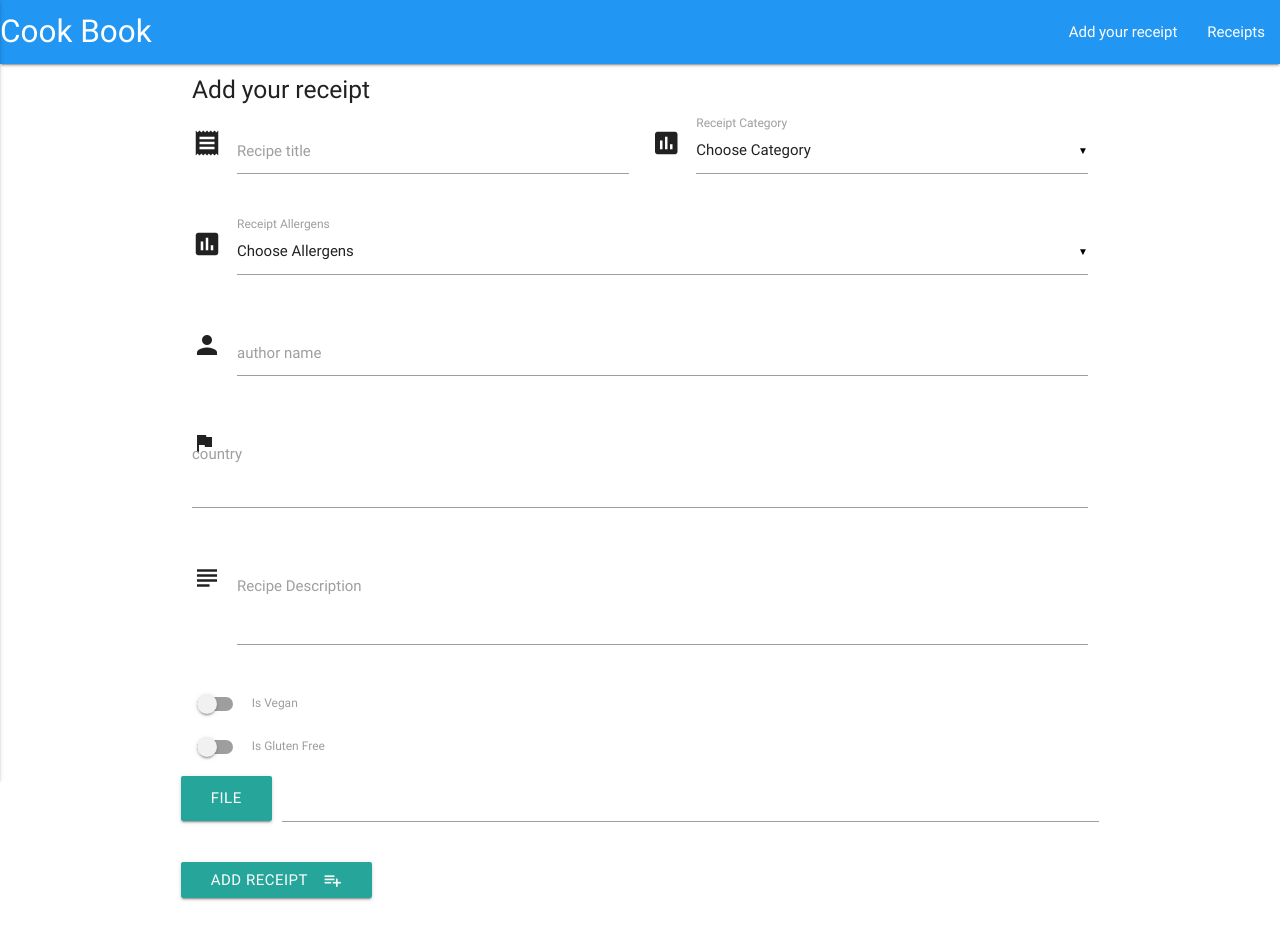
Repository: bbarbara19/cookbook
Page: http://localhost/add_receipt
The author's editor kept a record of every edit. The page is drawn from the files as they stood at one moment, then again after the next edit.
The browser window is 1280 px wide. The pictures show the whole page.
Some web libraries are served in a nearby version. The page is served by the project's application, run on Flask 3 (app.py). Queries for data that is not in the repository find no rows.

Above is the page before.

### templates/add_receipt.html
<!DOCTYPE html>
<html lang="en">
<head>
    <meta charset="UTF-8">
    <meta name="viewport" content="width=device-width, initial-scale=1.0">
    <meta http-equiv="X-UA-Compatible" content="ie=edge">
    <title>Cookbook</title>
    <!--Import Google Icon Font-->
    <link href="https://fonts.googleapis.com/icon?family=Material+Icons" rel="stylesheet">
    <!--Import materialize.css-->
    <link rel="stylesheet" href="https://cdnjs.cloudflare.com/ajax/libs/materialize/0.100.2/css/materialize.min.css">
    <!--Import Font Awesome -->
    <link rel="stylesheet" href="https://cdnjs.cloudflare.com/ajax/libs/font-awesome/4.7.0/css/font-awesome.min.css">
</head>
<body>
<!------header-------->
  <header class="navbar-fixed">
      <nav class="blue">
        <div class="nav-wrapper">
          <a href="#" class="brand-logo">Cook Book</a>
          <a href="#" data-activates="mobile-demo" class="button-collapse"><i class="material-icons">menu</i></a>
            <ul class="right hide-on-med-and-down">
              <li><a href="#">Add your receipt</a></li>
              <li><a href="#">Receipts</a></li>
            </ul>
            <ul class="side-nav" id="mobile-demo">
              <li><a href="#">Add your receipt</a></li>
              <li><a href="#">Receipts</a></li>
            </ul>
        </div>
      </nav>
  </header>
<!------/header-------->

<!------form add your receipt-------->
<section class="container">
    <h5>Add your receipt</h5>
    <div class="row">
        <form action="{{ url_for('insert_receipt') }}" method="POST"  class="col s12">
            <div class="row">
                    <div class="input-field col s6">
                        <i class="material-icons prefix">receipt</i>
                        <input id="receipt_name" name="receipt_name" type="text">
                        <label for="icon_prefix">Recipe title</label>
                    </div>
                    <div class="input-field col s6">
                        <i class="material-icons prefix">poll</i>
                        <select id="category_name" name="category_name">
                        <option value="" disabled selected>Choose Category</option>
                        {% for category in categories %}
                          <option value="{{category.category_name}}">{{category.category_name}}</option>
                        {% endfor %}
                        </select>
                        <label>Receipt Category</label>
                    </div>
            </div>
            <div class="row">
                    <div class="input-field col s12">
                        <i class="material-icons prefix">poll</i>
                        <select id="allergen" name="allergen">
                        <option value="" disabled selected>Choose Allergens</option>
                        {% for allergen in allergens %}
                          <option value="{{allergen.allergen_name}}">{{allergen.allergen_name}}</option>
                        {% endfor %}
                        </select>
                        <label>Receipt Allergens</label>
                    </div>
            </div>
            <div class="row">
                    <div class="input-field col s12">
                        <i class="material-icons prefix">person</i>
                        <input id="author" name="author" type="text">
                        <label for="icon_prefix">author name</label>
                    </div>
            </div>
            <div class="row">
                    <div class="input-field col s12">
                        <i class="material-icons">flag</i>
                        <input id="country" name="country" type="text">
                        <label for="icon_prefix">country</label>
                    </div>
            </div>
             <div class="row">
                <div class="input-field col s12">
                    <i class="material-icons prefix">subject</i>
                    <textarea name="description" id="description" class="materialize-textarea"></textarea>
                    <label for="icon_telephone">Recipe Description</label>
                </div>
            </div>
            <div class="row">
                <div class="switch">
                    <label>
                      <input id="is_vegan" name="is_vegan" type="checkbox">
                      <span class="lever"></span>
                      Is Vegan
                    </label>
                </div>
            </div>
             <div class="row">
                <div class="switch">
                    <label>
                      <input id="is_glutenfree" name="is_glutenfree" type="checkbox">
                      <span class="lever"></span>
                      Is Gluten Free
                    </label>
                </div>
            </div>
            <div class="row">
                <div class="file-field input-field">
                    <div class="btn">
                       <span>File</span>
                       <input type="file">
                    </div>
                    <div class="file-path-wrapper">
                       <input class="file-path validate" type="text">
                    </div>
                </div>
            </div>
            <div class="row">
                <button class="btn waves-effect waves-light" type="submit" name="action">Add Receipt
                    <i class="material-icons right">playlist_add</i>
                 </button>
            </div>
        </form>
    </div>
</section>
<!------form add your receipt-------->
<!--Import jQuery-->
  <script src="https://cdnjs.cloudflare.com/ajax/libs/jquery/3.2.1/jquery.min.js"></script>

<!-- Compiled and minified JavaScript -->
<script src="https://cdnjs.cloudflare.com/ajax/libs/materialize/0.100.2/js/materialize.min.js"></script>

<!-- Materialize component initialization -->
<script type="text/javascript">
    $(document).ready(function(){
      $('.collapsible').collapsible();
      $(".dropdown-button").dropdown();
      $(".button-collapse").sideNav();
      $('.carousel.carousel-slider').carousel({fullWidth: true});
      $('.slider').slider();
      $('select').material_select();
      $('.datepicker').pickadate({
            selectMonths: true, // Creates a dropdown to control month
            selectYears: 15, // Creates a dropdown of 15 years to control year,
            today: 'Today',
            clear: 'Clear',
            close: 'Ok',
            closeOnSelect: false // Close upon selecting a date,
        });

    });
</script>

</body>
</html>

### app.py
import os
from flask import Flask, render_template, redirect, request, url_for
from flask_pymongo import PyMongo
from bson.objectid import ObjectId

app = Flask(__name__)
app.config["MONGO_DBNAME"] = 'receipt_book'
app.config["MONGO_URI"] = 'mongodb+srv://mongouser:bbmongo20@myfirstcluster-km3xj.mongodb.net/receipt_book?retryWrites=true&w=majority'
mongo = PyMongo(app)


@app.route('/')
@app.route('/get_receipts')
def get_receipts():
    return render_template("receipts.html", receipts=mongo.db.receipts.find())

@app.route('/add_receipt')
def add_receipt():
    return render_template('add_receipt.html',
                           categories=mongo.db.categories.find(),
                           allergens=mongo.db.allergens.find())

@app.route('/insert_receipt', methods=['POST'])
def insert_receipt():
    receipts = mongo.db.receipts
    receipts.insert_one(request.form.to_dict())
    return redirect(url_for('get_receipts'))

if __name__ == '__main__':
    app.run(host=os.environ.get('IP'),
            port=int(os.environ.get('PORT')),
            debug=True)

After the next edit:
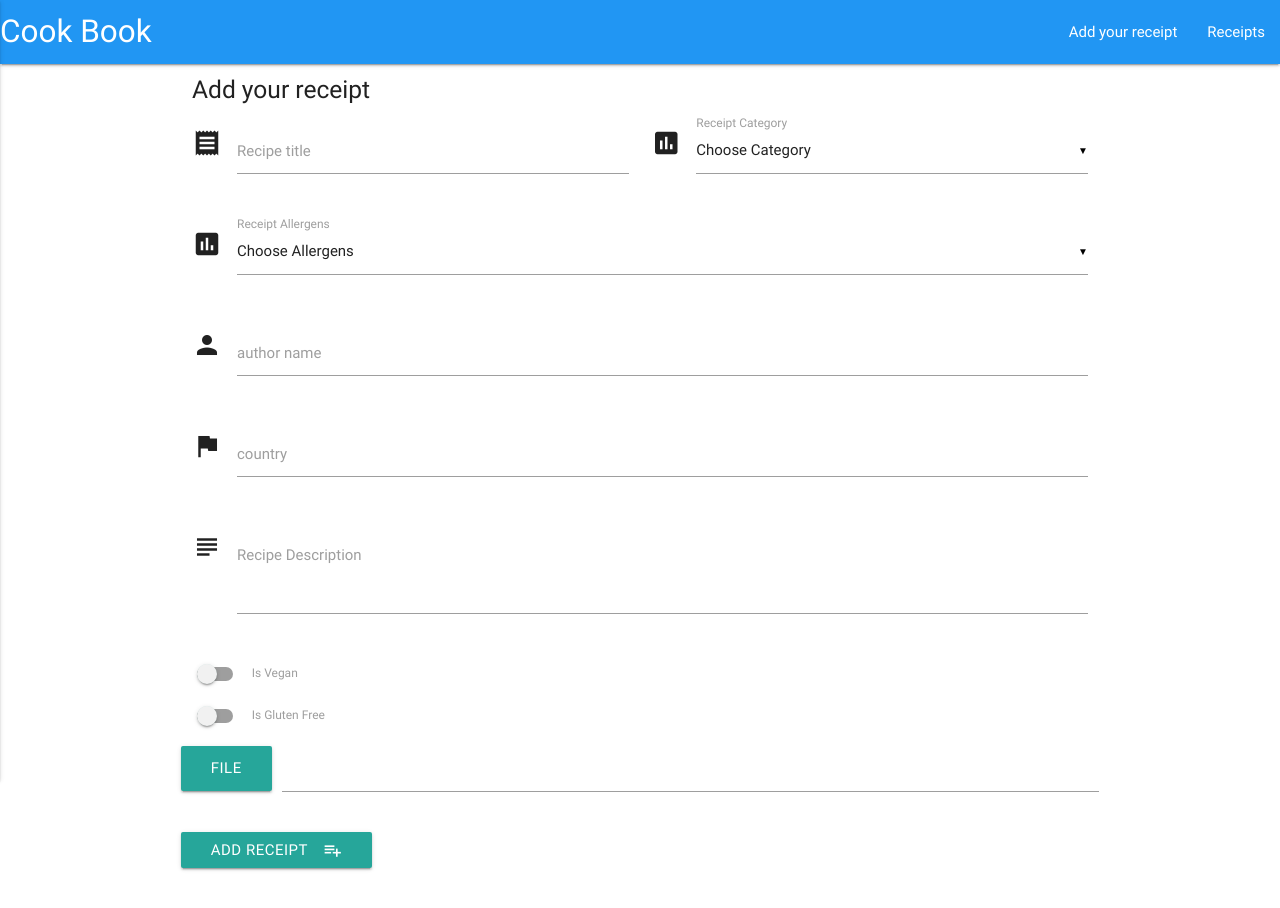
The edit:
--- a/templates/add_receipt.html
+++ b/templates/add_receipt.html
@@ -75,7 +75,7 @@
             </div>
             <div class="row">
                     <div class="input-field col s12">
-                        <i class="material-icons">flag</i>
+                        <i class="material-icons prefix">flag</i>
                         <input id="country" name="country" type="text">
                         <label for="icon_prefix">country</label>
                     </div>
